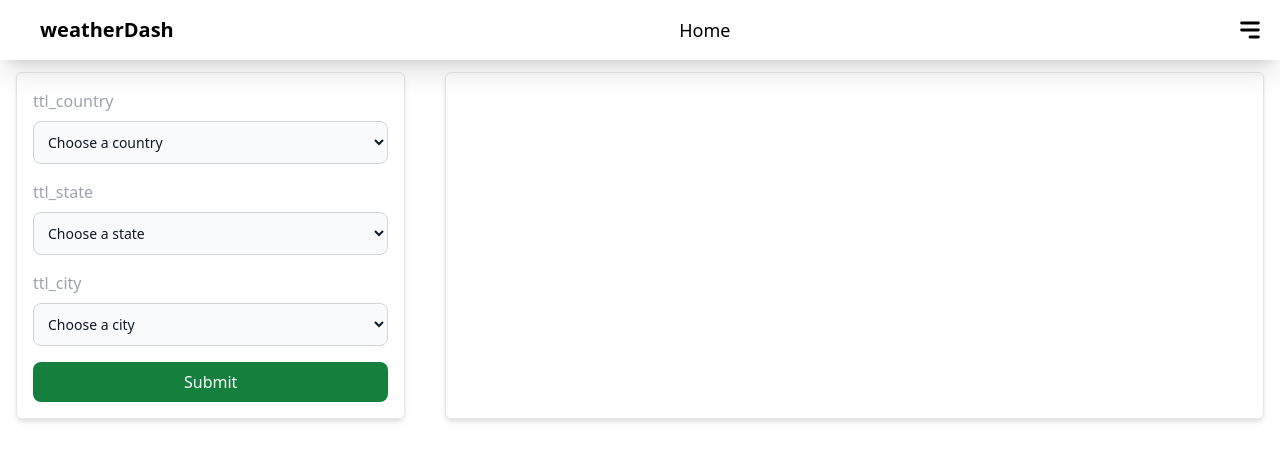
Repository: Wafaabahgat/WeatherDash
Page: /
An editor plug-in stored every save of this project. The page is shown before and after the next save, followed by the edit.
The browser window is 1280 px wide. The pictures show the whole page.
The page's requests for data from a server got no answer. The project was rebuilt for these pictures with package versions that can differ from the ones it lists, and the page was loaded fresh each time. No one was signed in, and anything a server would have sent is missing. Also part of the build but not shown: vite.config.ts, src/components/ui/UserCard.tsx, src/components/ui/Text.tsx, src/components/ui/AQIIndicator.tsx, src/components/models/form-model-auth.tsx, src/components/ui/Loader.tsx, src/components/form/FormInput.tsx, src/components/ui/Button.tsx and 5 more.

Above is the page before, as saved 2024-04-15 06:57:56.

### src/main.tsx
import ReactDOM from "react-dom/client";
import router from "./App.jsx";
import "./App.css";
import { Provider } from "react-redux";
import { store } from "./store/store";
import { RouterProvider } from "react-router-dom";

ReactDOM.createRoot(document.getElementById("root")).render(
  <Provider store={store}>
    <RouterProvider router={router} />
  </Provider>
);

### src/App.tsx
import { createBrowserRouter } from "react-router-dom";
import "./App.css";
import Root from "./pages/Root";
import Home from "./pages/Home";
import Login from "./pages/auth/Login";
import Register from "./pages/auth/Register";

const router = createBrowserRouter([
  {
    path: "/",
    element: <Root />,
    children: [
      ////////////////// Auth //////////////////
      {
        path: "/",
        element: <Home />,
      },
      {
        path: "/login",
        element: <Login />,
      },
      {
        path: "/register",
        element: <Register />,
      },
    ],
  },
]);
export default router;

### src/App.css
@tailwind base;
@tailwind components;
@tailwind utilities;

#root {
  max-width: 1470px;
  margin: 0 auto;
  padding: 1rem;
  text-align: center;
}

### src/store/store.ts
import { configureStore } from "@reduxjs/toolkit";
import country from "../slice/Home/home";
import state from "../slice/Home/state";
import city from "../slice/Home/city";
import weather from "../slice/Home/weather";

export const store = configureStore({
  reducer: {
    // Globals
    country: country,
    state: state,
    city: city,
    weather: weather,
  },
});

export type RootState = ReturnType<typeof store.getState>;
export type AppDispatch = typeof store.dispatch;

### src/pages/Root.jsx
import { useEffect } from "react";
import { useTranslation } from "react-i18next";
import { Outlet } from "react-router-dom";
import Header from "../components/header/Header";

const Root = () => {
  const { i18n } = useTranslation();

  useEffect(() => {
    // Determine the direction based on the language code
    const dir = i18n.language === "ar" ? "rtl" : "ltr";
    document.documentElement.dir = dir;
  }, [i18n.language]);

  return (
    <div className="w-full h-full flex flex-col">
      {/* {isDash == "dashboard" ? null : <Navbar />} */}
      <Header />
      <Outlet />
    </div>
  );
};

export default Root;

### src/pages/Home.tsx
import React from "react";
import "leaflet/dist/leaflet.css";
import FormSelect from "../components/FormSelect";
import MapForm from "../components/Map-Form";

const Home = () => {
  return (
    <div className="mt-14">
      <div className="grid lg:grid-cols-3 md:grid-cols-2 grid-cols-1 lg:gap-x-10 mg:gap-x-5 gap-x-0 lg:gap-y-0 gap-y-6 w-full">
        <FormSelect className="col-span-1 border border-gray-200 p-4 shadow-md rounded-md" />
        <MapForm />
      </div>
    </div>
  );
};

export default Home;

### src/slice/Home/home.ts
import { createAsyncThunk, createReducer } from "@reduxjs/toolkit";
import { clearErrors, country } from "./HomeAction";
import { Type } from "../../lib/types";

const initialState = {
  status: null,
  errors: {},
  data: [],
  // loading: null,
};



// Create reducer logic using createReducer
const countryReducer = createReducer(initialState, (builder) => {
  builder
    .addCase(country.pending, (state) => {
      // state.loading = true;
      state.data = [];
      state.errors = {};
      state.status = null;
    })
    .addCase(country.fulfilled, (state, action) => {
      // state.loading = false;
      state.status = action.payload.status;
      state.data = action.payload.data;
      state.errors = {};
    })
    .addCase(country.rejected, (state, action) => {
      // state.loading = false;
      state.status = null;
      state.errors = action.payload?.errors || action.payload;
    })
    .addCase(clearErrors.fulfilled, (state) => {
      // state.loading = false;
      state.status = null;
      state.errors = {};
    });
});

export default countryReducer;

### src/slice/Home/state.ts
import { createAsyncThunk, createReducer } from "@reduxjs/toolkit";
import { clearErrors, state } from "./HomeAction";
import { Type } from "../../lib/types";

const initialState = {
  status: null,
  errors: {},
  data: [],
  // loading: null,
};

// Create reducer logic using createReducer
const statesReducer = createReducer(initialState, (builder) => {
  builder
    .addCase(state.pending, (state) => {
      // state.loading = true;
      state.data = [];
      state.errors = {};
      state.status = null;
    })
    .addCase(state.fulfilled, (state, action) => {
      // state.loading = false;
      state.status = action.payload.status;
      state.data = action.payload.data;
      state.errors = {};
    })
    .addCase(state.rejected, (state, action) => {
      // state.loading = false;
      state.status = null;
      state.errors = action.payload?.errors || action.payload;
    })
    .addCase(clearErrors.fulfilled, (state) => {
      // state.loading = false;
      state.status = null;
      state.errors = {};
    });
});

export default statesReducer;

### src/slice/Home/city.ts
import { createAsyncThunk, createReducer } from "@reduxjs/toolkit";
import { clearErrors, city } from "./HomeAction";
import { Type } from "../../lib/types";

const initialState = {
  status: null,
  errors: {},
  data: [],
  // loading: null,
};

// Create reducer logic using createReducer
const cityReducer = createReducer(initialState, (builder) => {
  builder
    .addCase(city.pending, (state) => {
      // state.loading = true;
      state.data = [];
      state.errors = {};
      state.status = null;
    })
    .addCase(city.fulfilled, (state, action) => {
      // state.loading = false;
      state.status = action.payload.status;
      state.data = action.payload.data;
      state.errors = {};
    })
    .addCase(city.rejected, (state, action) => {
      // state.loading = false;
      state.status = null;
      state.errors = action.payload?.errors || action.payload;
    })
    .addCase(clearErrors.fulfilled, (state) => {
      // state.loading = false;
      state.status = null;
      state.errors = {};
    });
});

export default cityReducer;

### src/slice/Home/weather.ts
import { createReducer } from "@reduxjs/toolkit";
import { clearErrors, weather } from "./HomeAction";

const initialState = {
  status: null,
  errors: {},
  data: [],
  // loading: null,
};

// Create reducer logic using createReducer
const weatherReducer = createReducer(initialState, (builder) => {
  builder
    .addCase(weather.pending, (state) => {
      // state.loading = true;
      state.data = [];
      state.errors = {};
      state.status = null;
    })
    .addCase(weather.fulfilled, (state, action) => {
      // state.loading = false;
      state.status = action.payload.status;
      state.data = action.payload.data;
      state.errors = {};
    })
    .addCase(weather.rejected, (state, action) => {
      // state.loading = false;
      state.status = null;
      state.errors = action.payload?.errors || action.payload;
    })
    .addCase(clearErrors.fulfilled, (state) => {
      // state.loading = false;
      state.status = null;
      state.errors = {};
    });
});

export default weatherReducer;

### src/components/header/Header.tsx
import { Link } from "react-router-dom";
import Menu from "../ui/Menu";
const Header = () => {
  return (
    <div className="w-full bg-dark_blue fixed left-0 top-0 z-10 shadow-xl">
      <div className="m-auto flex justify-between items-center p-4 max-h-[100px]">
        <Link to="/">
          <div className="text-color_white font-bold text-xl ml-6">
            weather<span className="text-color_danger">Dash</span>
          </div>
        </Link>
        <div>
          <ul className="text-color_white gap-3 flex text-lg">
            <li className="hover:text-color_danger active">
              <Link to="/">Home</Link>
            </li>
          </ul>
        </div>

        <Menu />
      </div>
    </div>
  );
};

export default Header;

### src/components/FormSelect.tsx
import React, { useEffect, useState } from "react";
import { FC } from "react";
import { useAppDispatch, useAppSelector } from "../store/hooks";
import { city, country, state, weather } from "../slice/Home/HomeAction";
import { cn } from "../lib/utils";
import { useTranslation } from "react-i18next";

interface FormProps {
  className: string;
}

const FormSelect: FC<FormProps> = ({ className }) => {
  const dispatch = useAppDispatch();
  const { t } = useTranslation();

  const [selectedCountry, setselectedCountry] = useState("");
  const [selectedstate, setselectedstate] = useState("");
  const [selectedcity, setselectedcity] = useState("");

  const { data } = useAppSelector((state) => state.country);
  const stateSelector = useAppSelector((state) => state.state);
  const citySelector = useAppSelector((state) => state.city);

  useEffect(() => {
    dispatch(country());
  }, []);

  useEffect(() => {
    if (selectedCountry) {
      dispatch(state(selectedCountry));
    }
  }, [selectedCountry]);

  useEffect(() => {
    if (selectedstate && selectedCountry) {
      dispatch(city({ state: selectedstate, country: selectedCountry }));
    }
  }, [selectedstate]);

  const onSubmit = (e: React.FormEvent<HTMLFormElement>): void => {
    e.preventDefault();
    if (selectedCountry && selectedstate && selectedcity) {
      dispatch(
        weather({
          state: selectedstate,
          country: selectedCountry,
          city: selectedcity,
        })
      );
    }
  };

  return (
    <div className={cn("", className)}>
      <form className="flex flex-col gap-2" onSubmit={onSubmit}>
        {/* country */}
        <div className="flex flex-col mb-2 gap-2">
          <label
            htmlFor="countries"
            className="text-start block text-md font-medium text-gray-400"
          >
            {t("ttl_country")}
          </label>
          <select
            id="countries"
            onChange={(e) => setselectedCountry(e?.target?.value)}
            value={selectedCountry}
            className="bg-gray-50 border border-gray-300 text-gray-900 text-sm rounded-lg focus:ring-blue-500 focus:border-blue-500 block w-full p-2.5 dark:bg-gray-700 dark:border-gray-600 dark:placeholder-gray-400 dark:text-white dark:focus:ring-blue-500 dark:focus:border-blue-500"
          >
            <option selected>Choose a country</option>
            {data?.map((e) => (
              <option value={e?.country}> {e.country}</option>
            ))}
          </select>
        </div>
        {/* state */}
        {stateSelector?.data ? (
          <div className="flex flex-col gap-2 mb-2">
            <label
              htmlFor="states"
              className="block text-start text-md font-medium text-gray-400"
            >
              {t("ttl_state")}
            </label>
            <select
              id="states"
              onChange={(e) => setselectedstate(e?.target?.value)}
              value={selectedstate}
              className="bg-gray-50 border border-gray-300 text-gray-900 text-sm rounded-lg focus:ring-blue-500 focus:border-blue-500 block w-full p-2.5 dark:bg-gray-700 dark:border-gray-600 dark:placeholder-gray-400 dark:text-white dark:focus:ring-blue-500 dark:focus:border-blue-500"
            >
              <option selected>Choose a state</option>
              {stateSelector?.data?.map((e) => (
                <option value={e?.state}> {e.state}</option>
              ))}
            </select>
          </div>
        ) : (
          ""
        )}
        {/* city */}
        {citySelector?.data ? (
          <div className="flex flex-col gap-2 mb-2">
            <label
              htmlFor="city"
              className="block text-start text-md font-medium  text-gray-400"
            >
              {t("ttl_city")}
            </label>
            <select
              id="city"
              onChange={(e) => setselectedcity(e?.target?.value)}
              value={selectedcity}
              className="bg-gray-50 border border-gray-300 text-gray-900 text-sm rounded-lg focus:ring-blue-500 focus:border-blue-500 block w-full p-2.5 dark:bg-gray-700 dark:border-gray-600 dark:placeholder-gray-400 dark:text-white dark:focus:ring-blue-500 dark:focus:border-blue-500"
            >
              <option selected>Choose a city</option>
              {citySelector?.data?.map((e) => (
                <option value={e?.city}> {e.city}</option>
              ))}
            </select>
          </div>
        ) : (
          ""
        )}

        <button
          type="submit"
          className="py-2 px-8 bg-green-700 text-slate-50 rounded-lg"
        >
          Submit
        </button>
      </form>
    </div>
  );
};

export default FormSelect;

### src/components/Map-Form.tsx
import React, { useEffect, useState } from "react";
import { FC } from "react";
import { MapContainer, Marker, Popup, TileLayer } from "react-leaflet";
import Text from "./ui/Text";
import { AQIIndicator } from "./ui/AQIIndicator";
import { useAppSelector } from "../store/hooks";

interface MapFormProps {}

const MapForm: FC<MapFormProps> = () => {
  const weatherSelector = useAppSelector((state) => state.weather);

  return (
    <div className="lg:col-span-2 col-span-1 border border-gray-200 p-4 shadow-md rounded-md ">
      {weatherSelector.data.current ? (
        <div>
          <div className="grid lg:grid-cols-3 grid-cols-2 p-2 gap-2">
            <Text
              text="Timestamp"
              children={weatherSelector.data.current.weather.ts}
              degree="°C"
            />
            <Text
              text="Temperature"
              children={weatherSelector.data.current.weather.tp}
              degree="°C"
              className="py-7"
            />
            <Text
              text="Pressure"
              children={weatherSelector.data.current.weather.pr}
              degree="hPa"
              className="py-7"
            />
            <Text
              text="Humidity"
              children={weatherSelector.data.current.weather.hu}
              degree="%"
              className="py-7"
            />
            <Text
              text="Wind Speed"
              children={weatherSelector.data.current.weather.ws}
              degree="m/s"
              className="py-7"
            />
            <Text
              text="Wind Direction"
              children={weatherSelector.data.current.weather.wd}
              degree="°"
              className="py-7"
            />
            <Text
              text="Weather Icon"
              children={weatherSelector.data.current.weather.ic}
              degree="°"
              className="py-7"
            />
          </div>
          <div className="my-4">
            <strong className="flex mb-1 text-lg ">AQI :</strong>
            <AQIIndicator aqi={weatherSelector.data.current.weather.aqi} />
          </div>
          <div className="">
            <MapContainer
              center={[
                weatherSelector.data.location.coordinates[1],
                weatherSelector.data.location.coordinates[0],
              ]}
              zoom={13}
              scrollWheelZoom={false}
              style={{ width: "100%", height: "50vh" }}
            >
              <TileLayer
                attribution='&copy; <a href="https://www.openstreetmap.org/copyright">OpenStreetMap</a> contributors'
                url="https://{s}.tile.openstreetmap.org/{z}/{x}/{y}.png"
              />
              <Marker
                position={[
                  weatherSelector.data.location.coordinates[1],
                  weatherSelector.data.location.coordinates[0],
                ]}
              >
                <Popup>{weatherSelector.data.city}</Popup>
              </Marker>
            </MapContainer>
          </div>
        </div>
      ) : (
        ""
      )}
    </div>
  );
};

export default MapForm;

### src/slice/Home/HomeAction.ts
import { createAsyncThunk } from "@reduxjs/toolkit";
import axios from "../axios";
import Cookies from "universal-cookie";

const cookies = new Cookies();
const token = cookies.get("token");
const TOKEN = `Bearer ${token}`;
const config = {
  headers: {
    Authorization: TOKEN,
  },
};

// *********** country *********** //
export const country = createAsyncThunk("country", async (args, thunkAPI) => {
  const { rejectWithValue } = thunkAPI;
  try {
    const { data } = await axios.get(
      "/countries?key=639cbad0-1f7d-4711-bb99-ad5b25657447",
      args
    );
    // console.log(data);

    return data;
  } catch (err) {
    if (err?.response?.data?.message === "Unauthenticated.") {
      return rejectWithValue(err?.response?.data?.message);
    }

    return rejectWithValue(err?.response?.data);
  }
});

// *********** state *********** //
export const state = createAsyncThunk(
  "state",
  async (args: string, thunkAPI) => {
    const { rejectWithValue } = thunkAPI;
    try {
      console.log(args);
      const { data } = await axios.get(
        `/states?country=${args}&key=639cbad0-1f7d-4711-bb99-ad5b25657447`
      );
      return data;
    } catch (err) {
      return rejectWithValue(err?.response?.data);
    }
  }
);

// *********** cities *********** //
export const city = createAsyncThunk(
  "city",
  async (args: { state: string; country: string }, thunkAPI) => {
    const { rejectWithValue } = thunkAPI;
    try {
      const { data } = await axios.get(
        `/cities?state=${args.state}&country=${args.country}&key=639cbad0-1f7d-4711-bb99-ad5b25657447`
      );
      return data;
    } catch (err) {
      return rejectWithValue(err?.response?.data);
    }
  }
);

// ***********  weather *********** //
export const weather = createAsyncThunk(
  "weather",
  async (args: { state: string; country: string; city: string }, thunkAPI) => {
    const { rejectWithValue } = thunkAPI;
    try {
      const { data } = await axios.get(
        `/city?city=${args?.city}&state=${args.state}&country=${args.country}&key=639cbad0-1f7d-4711-bb99-ad5b25657447`
      );
      return data;
    } catch (err) {
      return rejectWithValue(err?.response?.data);
    }
  }
);

export const clearErrors = createAsyncThunk("country/clear", async () => {
  return true;
});

### src/components/ui/Menu.tsx
import { HiMenuAlt3 } from "react-icons/hi";
import { useEffect, useRef, useState } from "react";
import UserCard from "./UserCard";

const Menu = () => {
  const [open, setOpen] = useState(false);
  const menuRef = useRef(null);

  const showMenu = () => {
    setOpen(!open);
  };
  const hideMenu = () => {
    setOpen(false);
  };

  const handleClick = (e) => {
    if (menuRef.current && !menuRef.current.contains(e.target)) {
      hideMenu();
    }
  };

  useEffect(() => {
    document.addEventListener("click", handleClick);
    return () => {
      document.removeEventListener("click", handleClick);
    };
  }, []);
  //   const handleLogout = () => {
  //     window.location.href = "/login";
  //   };

  return (
    <div ref={menuRef}>
      <HiMenuAlt3
        className="text-color_white"
        size={28}
        onClick={open ? hideMenu : showMenu}
      />
      {open ? <UserCard /> : null}
    </div>
  );
};

export default Menu;

### src/lib/utils.ts
import { clsx, type ClassValue } from "clsx";
import { twMerge } from "tailwind-merge";

export function cn(...inputs: ClassValue[]) {
  return twMerge(clsx(inputs));
}
export const uploadImg = (e) => {
  const reader = new FileReader();
  reader.onload = () => {};

  reader.readAsDataURL(e.target.files[0]);
  const img = e.target.files[0];
  console.log(e.target.files);

  return { img };
};

### src/slice/axios.ts
import axios from "axios";

const instance = axios.create({
  baseURL: "http://api.airvisual.com/v2",
});

export default instance;

Loaded but not shown: index.html (common file); src/store/hooks.ts (common file); tailwind.config.js (common file)

After the next save:
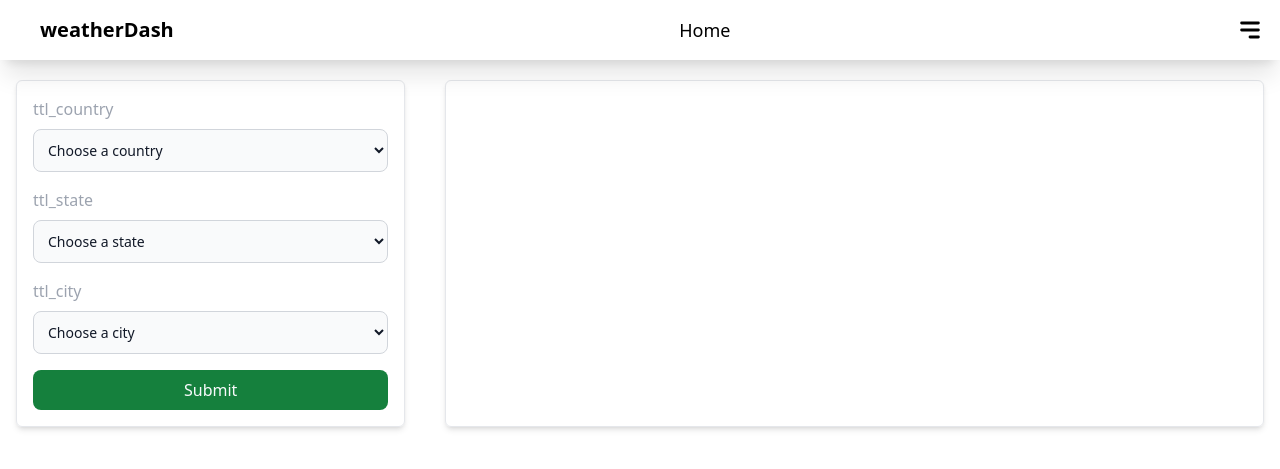
Saved 5 s later.
--- a/src/pages/Home.tsx
+++ b/src/pages/Home.tsx
@@ -5,7 +5,7 @@ import MapForm from "../components/Map-Form";
 
 const Home = () => {
   return (
-    <div className="mt-14">
+    <div className="mt-16">
       <div className="grid lg:grid-cols-3 md:grid-cols-2 grid-cols-1 lg:gap-x-10 mg:gap-x-5 gap-x-0 lg:gap-y-0 gap-y-6 w-full">
         <FormSelect className="col-span-1 border border-gray-200 p-4 shadow-md rounded-md" />
         <MapForm />
